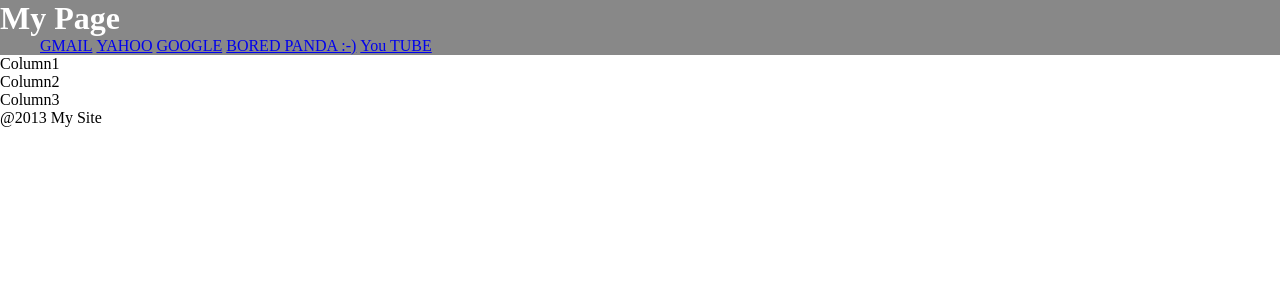
Repository: ShubhankarRaj/JavaCodingPractise
Page: Eclipse Workspace/myProject/src/htmlFiles/First.html
The author's editor kept a copy of each file at every save. The page is drawn from the files as they stood at one save, then again after the next save.
The browser window is 1280 px wide. The pictures show the whole page.

Above is the page before, as saved 2014-06-03 19:12:12.

### Eclipse Workspace/myProject/src/htmlFiles/First.html
<!DOCTYPE html PUBLIC "-//W3C//DTD HTML 4.01 Transitional//EN" "http://www.w3.org/TR/html4/loose.dtd">
<html>
<head>
<meta http-equiv="Content-Type" content="text/html; charset=ISO-8859-1">
<title>Practising CSS & HTML</title>
<link rel = "stylesheet" type="text/css" href="main.css">
</head>
<body>

	<header>
	<h1>My Page</h1>
	<nav>
	<ul>
		<li><a href="http://gmail.com">GMAIL</a></li>
		<li><a href="http://yahoo.co.in">YAHOO</a></li>
		<li><a href="http://google.com">GOOGLE</a></li>
		<li><a href="http://boredpanda.com">BORED PANDA :-)</a></li>
		<li><a href="http://youtube.com">You TUBE</a></li>
	</ul>

	</nav> </header>
	<div class="row">
		<div class="col">Column1</div>
		<div class="col">Column2</div>
		<div class="col">Column3</div>
	</div>
	<footer>@2013 My Site</footer>
</body>
</html>

### Eclipse Workspace/myProject/src/htmlFiles/main.css
@CHARSET "ISO-8859-1";
body{
	margin:0;
	background: gradient linear orange black;
}
header{
	background: #888;
	color: white;
}

header h1{
	margin:0;
}

nav ul{
	margin:0;
}

nav ul li{
	display: inline-block;
	line-style-type: none;
}

After the next save:
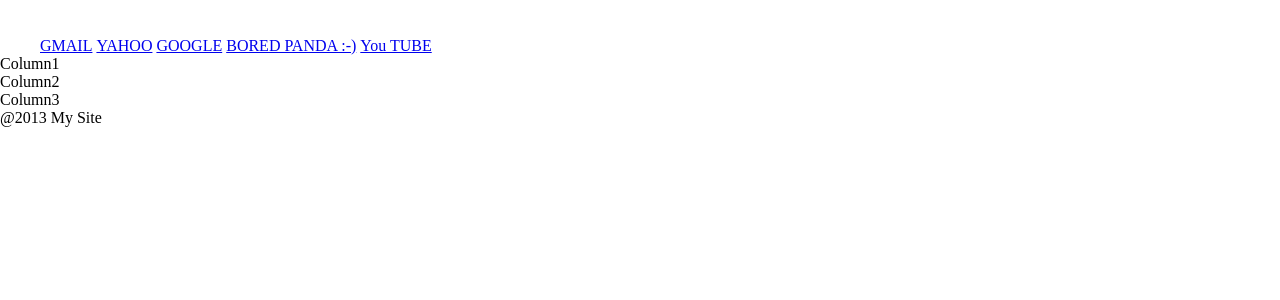
Saved 56 s later.
--- a/Eclipse Workspace/myProject/src/htmlFiles/main.css
+++ b/Eclipse Workspace/myProject/src/htmlFiles/main.css
@@ -4,7 +4,7 @@ body{
 	background: gradient linear orange black;
 }
 header{
-	background: #888;
+	background: gradient linear white black 50% 20%;
 	color: white;
 }
 
